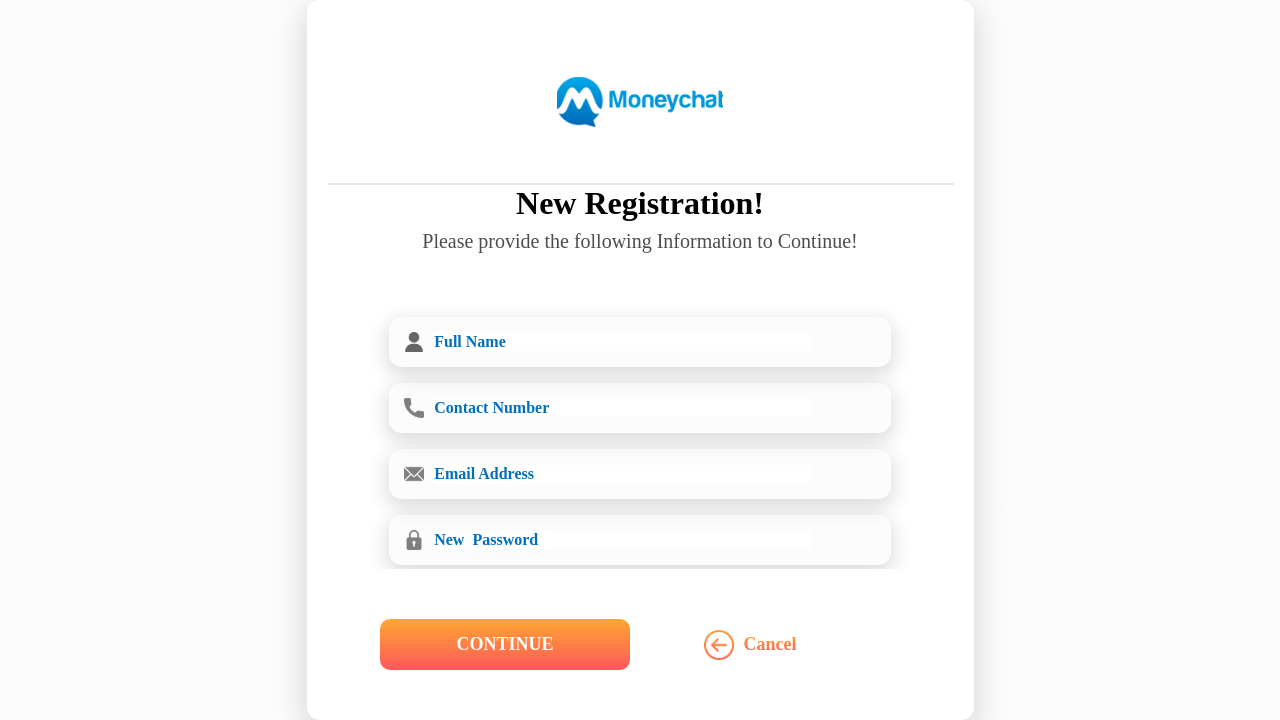
Repository: FlyweisReact/Money-Chat
Page: /register
An editor plug-in stored every save of this project. The page is shown before and after the next save, followed by the edit.
The browser window is 1280 px wide. The pictures show the whole page.
The project was rebuilt for these pictures with package versions that can differ from the ones it lists, and the page was loaded fresh each time. Also part of the build but not shown: src/forms/Login.jsx.

Above is the page before, as saved 2023-11-29 15:07:30.

### src/index.js
import React from "react";
import ReactDOM from "react-dom/client";
import "./index.css";
import App from "./App";
import { BrowserRouter } from "react-router-dom";
import 'bootstrap/dist/css/bootstrap.min.css'
// Commit Changes
const root = ReactDOM.createRoot(document.getElementById("root"));
root.render(
  <React.StrictMode>
    <BrowserRouter>
      <App />
    </BrowserRouter>
  </React.StrictMode>
);

### src/index.css
/** @format */

@tailwind base;
@tailwind components;
@tailwind utilities;

body {
  margin: 0;
  font-family: Quicksand !important;
  -webkit-font-smoothing: antialiased;
  -moz-osx-font-smoothing: grayscale;
}

code {
  font-family: Quicksand !important;
}

html {
  font-family: Quicksand !important;
}

::-webkit-scrollbar {
  width: 10px;
}
.fa-trash {
  color: red;
  cursor: pointer;
}

.iCOn {
  transition: 0.5s;
  box-shadow: none;
  transform: scale(1);
}
.cardDiv {
  cursor: pointer;
  width: 350px;
}
.CardDiv_Container {
  display: flex;
  flex-wrap: wrap;
  justify-content: center;
}

.cardDiv:hover .iCOn {
  box-shadow: rgba(0, 0, 0, 0.35) 0px 5px 15px;
  transform: scale(1.3);
}

/* Track */
::-webkit-scrollbar-track {
  background: #f1f1f1;
}

/* Handle */
::-webkit-scrollbar-thumb {
  background: #888;
}

/* Handle on hover */
::-webkit-scrollbar-thumb:hover {
  background: #555;
}
.profileImage {
  width: 100px;
}
.fa-eye {
  color: #029aff;
  cursor: pointer;
}
.fa-edit {
  cursor: pointer;
  color: blue;
}

.View {
  border: 1px solid black;
  width: 100%;
  padding: 10px;
}

.main-card--container {
  display: grid;
  grid-template-columns: repeat(3, minmax(300px, 500px));
  grid-gap: 50px;
  justify-content: space-around;
}
.card-container {
  margin: 25px 0 auto;
  box-shadow: rgba(0, 0, 0, 0.35) 0px 5px 15px;
  position: relative;
  display: grid;
  grid-template-columns: 1fr;
  justify-content: space-around;
  align-items: flex-start;
}

.myEdit:focus {
  box-shadow: rgba(0, 0, 0, 0.35) 0px 5px 15px;
}

.AstroLogin {
  color: #fff;
  background-color: #2b7a8e;
  padding: 10px;
  width: 380px;
  text-align: center;
  font-size: 20px;
  background: linear-gradient(to left, #2b7a8e 50%, #fff 50%) right;
  background-size: 200%;
  transition: 0.5s ease-out;
  border: 1px solid #2b7a8e;
  margin-top: 10px;
  text-transform: uppercase;
}
.AstroLogin:hover {
  background-position: left;
  color: #2b7a8e;
}

.EcommerceAdminLogin {
  color: #fff;
  background-color: #0c0c0c;
  padding: 10px;
  width: 380px;
  text-align: center;
  font-size: 20px;
  background: linear-gradient(to left, #0c0c0c 50%, #fff 50%) right;
  background-size: 200%;
  transition: 0.5s ease-out;
  border: 2px solid #0c0c0c;
  margin-top: 10px;
  text-transform: uppercase;
}

.EcommerceAdminLogin:hover {
  background-position: left;
  color: #0c0c0c;
  font-weight: bold;
}
.EcommerceVendorLogin {
  color: #fff;
  background-color: #576cbc;
  padding: 10px;
  width: 380px;
  text-align: center;
  font-size: 20px;
  background: linear-gradient(to left, #576cbc 50%, #fff 50%) right;
  background-size: 200%;
  transition: 0.5s ease-out;
  border: 1px solid #576cbc;
  margin-top: 10px;
  text-transform: uppercase;
}

.EcommerceVendorLogin:hover {
  background-position: left;
  color: #576cbc;
}

.view {
  background-color: #2196f3;
  color: #fff;
  width: 50%;
  padding: 5px;
}

.two-sec {
  display: flex;
  justify-content: space-evenly;
  justify-content: space-evenly;
}
.two-sec .left {
  width: 60%;
  background-color: #f6f1ef;
  padding: 20px;
}
.two-sec .left .head {
  font-size: 25px;
  font-weight: bold;
}

.two-sec .right {
  width: 30%;
  background-color: #f6f1ef;
}

.searchDiv {
  width: 100%;
  display: flex;
  gap: 10px;
  border: 1px solid rgb(179, 179, 179);
  padding: 10px;
  margin-bottom: 20px;
  align-items: center;
}
.searchDiv input {
  width: 94%;
  outline: none;
  border: none;
}

.flexCont {
  display: flex;
  align-items: center;
  gap: 10px;
}
.flexCont img {
  width: 60px;
  background-color: #e9ecef;
}

.blockContent {
  display: block;
}
.blockContent p {
  margin: 0;
}

.checkBox {
  width: 50px;
  height: 25px;
  background-color: #e9ecef;
  border-radius: 50px;
  position: relative;
  cursor: pointer;
}
.checkBox span {
  width: 20px;
  height: 20px;
  border-radius: 100%;
  background-color: #fff;
  position: absolute;
  left: 5px;
  top: 2px;
}
.ActivecheckBox {
  width: 50px;
  height: 25px;
  background-color: #0d6efd;
  border-radius: 50px;
  position: relative;
  cursor: pointer;
}
.ActivecheckBox span {
  width: 20px;
  height: 20px;
  border-radius: 100%;
  background-color: #fff;
  position: absolute;
  right: 5px;
  top: 2px;
}

.fa-eye {
  color: #0cba73;
  background-color: #d6f8e8;
  width: 35px;
  text-align: center;
  height: 35px;
  display: flex;
  border-radius: 100%;
  justify-content: center;
  padding-top: 10px;
  transition: 0.5s;
}

.fa-pen-to-square {
  color: #f4c39c;
  background-color: #ffebdb;
  width: 35px;
  text-align: center;
  height: 35px;
  display: flex;
  border-radius: 100%;
  justify-content: center;
  padding-top: 10px;
  cursor: pointer;
  transition: 0.5s;
}
.fa-trash {
  color: #df939f;
  background-color: #ffe1e8;
  width: 35px;
  text-align: center;
  height: 35px;
  display: flex;
  border-radius: 100%;
  justify-content: center;
  padding-top: 10px;
  cursor: pointer;
  transition: 0.5s;
}
.fa-trash:hover {
  transform: scale(1.2);
}
.fa-eye:hover {
  transform: scale(1.2);
}
.fa-pen-to-square:hover {
  transform: scale(1.2);
}
.required {
  color: #e74260;
}

.headP {
  /* font-weight: 600; */
  /* font-size: 25px; */
  color: #7b7c7d;
}
.filterBox {
  display: flex;
  align-items: center;
  gap: 10px;
  border-bottom: 1px solid #d4d7dc;
  padding-bottom: 20px;
  margin-bottom: 20px;
}
.filterBox img {
  width: 30px;
}
.filterBox input {
  width: 100%;
  border: 1px solid #d4d7dc;
  outline: none;
  padding: 5px;
  color: black;
  text-transform: capitalize;
}
.sectionCont {
  /* width: 98%; */
  background-color: #fff;
  /* margin-left: 2%; */
  padding: 20px;
}

.overFlowCont {
  width: 100%;
  overflow-x: auto;
}

.logo {
  width: 100px;
  margin-bottom: 20px;
}

.updateProfile {
  margin-left: 20px;
  border: 1px solid #fff;
  border-radius: 100%;
  font-size: 1.2rem;
  padding: 10px;
  transition: 0.5s;
  cursor: pointer;
}
.updateProfile:hover {
  border: 1px solid #19376d;
  color: #19376d;
  background-color: #fff;
}

.Normalbtn {
  background-color: #19376d !important;
  border: 1px solid #19376d !important;
  border-radius: 0px !important;
}

.ImageCarousel {
  width: 150px !important;
  margin: 0px !important;
  height: 150px !important;
}
.CarouselImages {
  width: 60px;
  height: auto;
}
.CarouselImages img {
  width: 100% !important;
  height: 100% !important;
}

.ModalCarousel {
  width: 100% !important;
  height: 500px !important;
}
.ModalCarousel {
  width: 100% !important;
  height: 500px !important;
}
.ModalCarousel img {
  width: 100% !important;
  height: 500px !important;
}

.gridCont {
  display: grid;
  grid-template-columns: auto auto auto;
  justify-content: space-evenly;
}
.gridCont div {
  width: 400px;
  height: 300px;
  box-shadow: rgba(0, 0, 0, 0.35) 0px 5px 15px;
  padding: 10px;
  position: relative;
  margin-top: 20px;
}
.gridCont div img {
  width: 100%;
}
.delete-Btn {
  width: 90%;
  margin-left: 2%;
  color: #c44b3f;
  border: 1px solid #c44b3f;
  position: absolute;
  bottom: 10px;
  transition: 0.5s;
  padding: 10px;
}

.delete-Btn:hover {
  background-color: #c44b3f;
  color: #fff;
}

.BannerCarousel {
  width: 300px;
  margin: 0px !important;
}
.BannerCarouselImage {
  width: 300px;
}
.BannerCarouselImage img {
  width: 100%;
}

.pagination {
  display: flex;
  justify-content: center;
  align-items: center;
  gap: 10px;
  margin-bottom: 20px;
}
.pagination button {
  border: 1px solid black;
  padding: 10px;
}

.activePage {
  background-color: #19376d;
  color: #fff;
  border: 1px solid #19376d !important;
}

.active {
  background-color: #fff;
  color: #19376d !important;
}
.prevBtn {
  background-color: #fff;
  color: #19376d;
  border: 1px solid #19376d !important;
  transition: 0.5s;
}

.prevBtn:hover,
.prevBtn:focus,
.prevBtn:active {
  background-color: #19376d;
  color: #fff;
  border: 1px solid #19376d !important;
}
.nextBtn {
  background-color: #fff;
  color: #19376d;
  border: 1px solid #19376d !important;
  transition: 0.5s;
}

.nextBtn:hover,
.nextBtn:focus,
.nextBtn:active {
  background-color: #19376d;
  color: #fff;
  border: 1px solid #19376d !important;
}

.dangerBox {
  position: relative;
}
.dangerBox i {
  position: absolute;
  top: 50%;
  left: 90%;
  transform: translate(-50%, -50%);
  cursor: pointer;
}

.centerImage {
  max-width: 300px;
}
.img-cont {
  display: flex;
  gap: 40px;
  /* justify-content: center; */
  align-items: center;
}

/* ============== user data styling =========*/

.ud2 {
  display: flex;
  justify-content: space-between;
  margin-top: 20px;
}
.ud3 {
  width: 49%;
}
.ud4 {
  width: 49%;
}

.ud4 button {
  background: #c44b3f;
  width: 50%;
  height: 40px;
  border-radius: 4px;
  border: none;
  color: #fff;
}

/* ============ single order styling ================*/

#pdfGen {
  margin: 20px;
}
#pdfGen .Heading-Container {
  display: flex;
  align-items: center;
}
#pdfGen .Heading-Container img {
  width: 100px;
}
#pdfGen .Heading-Container .content {
  width: 80%;
  text-align: center;
}
#pdfGen .Heading-Container .content h2 {
  margin: 0;
  font-weight: bold;
  font-size: 25px;
}
#pdfGen .Heading-Container .content p {
  margin: 0;
  font-size: 14px;
  font-weight: 600;
  color: #a8a1a1;
}

.two-cont {
  display: flex;
  justify-content: space-between;
  padding-top: 10px;
  gap: 20px;
}
.two-cont p {
  margin: 0;
}
.two-cont .left {
  width: 40%;
}
.two-cont .left h6 {
  font-size: 14px;
  font-weight: bold;
}
.two-cont .left .box {
  border: 2px solid black;
  width: 100%;
  padding: 8px;
}
.two-cont .left .box p {
  font-size: 15px;
}
.two-cont .left .box .strong {
  font-weight: bold;
}
.two-cont .left .box p {
  font-weight: 600;
}
.two-cont .right {
  width: 60%;
  border: 2px solid black;
  padding: 10px;
}
.two-cont .right table {
  width: 100%;
  table-layout: fixed;
}
.two-cont .right td {
  font-weight: 900 !important;
  padding: 5px;
}
.bordererd {
  border-right: 2px solid black;
}
#pdfGen .empty {
  background-color: #000;
  height: 2px;
  margin-top: 20px;
}

#pdfGen {
  min-height: 100vh;
  display: flex;
  justify-content: space-between;
  flex-direction: column;
}

#pdfGen .Table {
  width: 100%;
  margin-top: 20px;
}
#pdfGen .Table tbody tr {
  border: 1px solid black;
}
#pdfGen .Table tbody tr td {
  padding: 5px;
  padding-bottom: 10px;
}

#pdfGen .Main_Table {
  display: flex;
  justify-content: flex-end;
  align-items: center;
  padding-top: 10px;
  gap: 50px;
  align-items: center;
}
#pdfGen .Main_Table p {
  font-weight: 900;
}

#pdfGen .below_Div .four-sec {
  display: flex;
  justify-content: space-evenly;
  border-top: 2px solid black;
  border-bottom: 2px solid black;
  padding: 4px;
}
#pdfGen .below_Div .four-sec p {
  margin: 0;
  font-size: 13px;
  text-align: center;
}
#pdfGen .below_Div .four-sec .stronger {
  font-weight: bold;
}

#pdfGen .below_Div .big_Head {
  font-size: 25px;
  background-color: #85827b;
  text-align: center;
  font-weight: bold;
  color: #fff;
  padding: 0;
  margin: 0;
  padding-bottom: 10px;
}
#pdfGen .below_Div .text-cont p {
  margin: 0;
  font-weight: 700;
  font-size: 14px;
  color: #85827b;
}
#pdfGen .below_Div .text-cont {
  text-align: center;
}
#pdfGen .below_Div .text-cont h5 {
  margin: 0;
  font-weight: 900;
}

.so2 {
  width: 100%;
}

.so4 {
  display: flex;
  justify-content: space-between;
}
.so4 p {
  margin: 0;
}

.searchByDate {
  display: flex;
  align-items: center;
  gap: 10px;
  border-bottom: 1px solid #d4d7dc;
  padding-bottom: 20px;
  margin-bottom: 20px;
  flex-wrap: wrap;
  justify-content: space-between;
}
.searchByDate div {
  width: 45%;
  display: flex;
  gap: 20px;
  align-items: center;
}
.searchByDate input {
  border: 1px solid #d4d7dc;
  width: 80%;
  padding: 10px;
  outline: none;
}

.so5 {
  margin-top: 20px;
  width: 98;
  margin-left: 1%;
}

.so5 table {
  width: 100%;
}
.so5 table th,
td {
  font-size: 13px;
  font-weight: 600;
}
.so6 {
  margin-top: 40px;
  margin-left: 65%;
  width: 30%;
}

.so7 {
  display: flex;
  justify-content: space-between;
  width: 80%;
}
.so7 p {
  margin: 0;
}

.downloadBtn {
  background: #0cba73;
  height: 40px;
  color: #fff;
  border-radius: 4px;
  padding: 10px;
}

.Info_Box p {
  margin: 0;
}
.Info_Box .title {
  margin-bottom: 5px;
  font-size: 20px;
  font-weight: 700;
}
.Info_Box .desc {
  border: 1px solid #ced4da;
  padding: 10px;
  border-radius: 5px;
}

.Desc-Container p.title {
  margin-bottom: 0.5rem;
}
.Desc-Container p.desc {
  display: block;
  width: 100%;
  padding: 0.375rem 0.75rem;
  font-size: 1rem;
  font-weight: 400;
  line-height: 1.5;
  color: #212529;
  border: 1px solid #ced4da;
  border-radius: 0.375rem;
  background-color: #e9ecef;
  overflow-wrap: anywhere;
}

.Schedule_Enquiry_Modal {
  background-color: rgb(10, 72, 173);
  color: #fff;
}
.Schedule_Enquiry_Modal .close_btn {
  display: flex;
  justify-content: space-between;
  align-items: center;
}
.Schedule_Enquiry_Modal .close_btn h4 {
  margin: 0;
}
.Schedule_Enquiry_Modal .close_btn i {
  font-size: 20px;
  cursor: pointer;
}

.searchByDate select {
  border: 1px solid #d4d7dc;
  padding: 10px;
  outline: none;
}

/*Chat  */
.chat {
  display: flex;
  gap: 40px;
  align-items: flex-start;
}
.chat .sidebar {
  flex: 0 0 30%;
  max-width: 30%;
  border: 1px solid #ddd;
}
.chat .menu-list .container {
  display: flex;
  gap: 10px;
  align-items: center;
  cursor: pointer;
  border-top: 1px solid #ddd;
  height: 72px;
}
.chat .menu-list .container:hover {
  background-color: #f0f2f5;
}
.chat .menu-list .container.active {
  background-color: #f0f2f5;
}
.chat .menu-list .container:first-child {
  border: none;
}
.chat .menu-list .container img {
  width: 49px;
  height: 49px;
  border-radius: 100%;
  vertical-align: middle;
}
.chat .menu-list .container p {
  font-size: 20px;
  font-weight: 700;
  margin: 0;
  padding-right: 15px;
}

.chat .content {
  flex: 70%;
  max-width: 70%;
}
.chat .chat-box {
  border: 1px solid #ddd;
  padding: 20px;
}
.chat .chat-box .ttt {
  max-height: 500px;
  overflow-y: scroll;
  padding: 20px;
}
.chat .chat-box .img-container {
  display: flex;
  gap: 10px;
  align-items: center;
  cursor: pointer;
  margin-top: 10px;
}
.chat .chat-box .img-container img {
  width: 30px;
  height: 30px;
  border-radius: 100%;
  vertical-align: middle;
}
.chat .chat-box .img-container span {
  font-size: 12px;
  font-weight: 700;
  margin: 0;
}
.chat .chat-box .img-container span .date {
  margin-left: 10px;
}

.chat .chat-box .text {
  font-size: 16px;
  margin: 0;
  padding-top: 10px;
  width: 100%;
}

.chat .chat-box .right {
  display: flex;
  flex-direction: column;
  gap: 5px;
  text-align: right;
}
.chat .chat-box .right .img-container {
  flex-direction: row-reverse;
}

.chat .chat-box .send_button {
  display: flex;
  gap: 20px;
  align-items: center;
  margin-top: 20px;
}

.chat .chat-box .send_button button {
  width: 150px;
  background-color: #1a949f;
  padding: 10px;
  color: #fff;
}
.chat .chat-box .send_button input {
  width: 100%;
  outline: none;
  border: 1px solid #000;
  padding: 10px;
  border-radius: 5px;
}

/* New Code */
.Login_screen {
  background: linear-gradient(
      0deg,
      rgba(238, 238, 238, 0.2) 0%,
      rgba(238, 238, 238, 0.2) 100%
    ),
    #fff;
  display: flex;
  flex-direction: column;
  justify-content: center;
  align-items: center;
  width: 100%;
  height: 100vh;
}
.Login_screen .Login_Container {
  max-width: 667px;
  max-height: 785px;
  width: 100%;
  height: 100%;
  border-radius: 13px;
  background: #fff;
  box-shadow: 0px 10px 30px 3px rgba(0, 0, 0, 0.15);
  padding: 20px;
  padding-bottom: 50px;
  display: flex;
  flex-direction: column;
  justify-content: center;
}
.Login_screen .Login_Container .logo {
  display: block;
  margin: auto;
  width: 166px;
}
.Login_screen .Login_Container .description h6 {
  color: #000;
  text-align: center;
  font-size: 32px;
  font-style: normal;
  font-weight: 700;
  line-height: normal;
}

.Login_screen .Login_Container .description p {
  color: rgba(0, 0, 0, 0.7);
  text-align: center;
  font-size: 20px;
  font-style: normal;
  font-weight: 400;
  line-height: normal;
}

.Login_Container .input_container {
  margin-bottom: 50px;
  max-height: 300px;
  overflow-y: scroll;
}
.Login_Container .input_group {
  display: flex;
  gap: 10px;
  align-items: center;
  border-radius: 13px;
  background: rgba(238, 238, 238, 0.2);
  box-shadow: 0px 6px 20px 2px rgba(0, 0, 0, 0.15);
  padding: 15px;
  width: 80%;
  margin: auto;
}
.Login_Container .input_group img {
  width: 20px;
}
.Login_Container .input_group input {
  outline: none;
  border: none;
  color: #0070bc;
  font-size: 16px;
  font-style: normal;
  font-weight: 500;
  line-height: normal;
  font-weight: 600;
  width: 80%;
}
.Login_Container .input_group input::placeholder {
  color: #0070bc;
  font-weight: 600;
}

.Login_Container .login_btn {
  max-width: 250px;
  width: 100%;
  display: block;
  margin: auto;
  margin-top: 40px;
  color: #fff;
  text-align: center;
  font-size: 18px;
  font-style: normal;
  font-weight: 600;
  line-height: normal;
  border-radius: 10px;
  background: linear-gradient(180deg, #fea82f 0%, #fd575b 100%);
  padding: 15px;
}

.Login_Container .create_new {
  display: flex;
  justify-content: center;
  gap: 20px;
  align-items: center;
  margin-top: 50px;
}

.Login_Container .create_new .item {
  display: flex;
  gap: 10px;
  align-items: center;
  width: 300px;
  justify-content: center;
}
.Login_Container .create_new .item img {
  width: 20px;
}
.Login_Container .create_new .item span {
  color: rgba(0, 0, 0, 0.7);
  text-align: center;
  font-size: 16px;
  font-style: normal;
  font-weight: 600;
  line-height: normal;
}

.Login_Container .create_new .item:first-child {
  border-right: 2px solid #000;
  padding-right: 10px;
}

.Login_Container a {
  text-decoration: none;
}

.Login_Container .button_container {
  display: flex;
  justify-content: space-between;
  align-items: center;
  gap: 20px;
}
.Login_Container .button_container button {
  max-width: 250px;
  width: 100%;
  display: block;
  margin: auto;
  color: #fff;
  text-align: center;
  font-size: 18px;
  font-style: normal;
  font-weight: 600;
  line-height: normal;
  border-radius: 10px;
  background: linear-gradient(180deg, #fea82f 0%, #fd575b 100%);
  padding: 15px;
}

.Login_Container .button_container .cancel {
  max-width: 250px;
  width: 100%;
  display: flex;
  gap: 10px;
  align-items: center;
}
.Login_Container .button_container .cancel a {
  font-size: 18px;
  font-style: normal;
  font-weight: 700;
  line-height: normal;
  text-decoration-line: underline;
  background: linear-gradient(180deg, #fea82f 0%, #fd575b 100%);
  background-clip: text;
  -webkit-background-clip: text;
  -webkit-text-fill-color: transparent;
}
.Login_Container .button_container .cancel img {
  width: 30px;
}

.Login_Container .progress_bar{
  border-radius: 10px;
background: rgba(196, 196, 196, 0.40);
width: 100%;
height: 2px;
}

### src/App.js
/** @format */

import { Routes, Route } from "react-router-dom";
import { ToastContainer } from "react-toastify";
import "react-toastify/dist/ReactToastify.css";
import Login from "./forms/Login";
import Regestration from "./forms/Regestration";

function App() {
  return (
    <>
      <ToastContainer
        autoClose={5000}
        hideProgressBar={false}
        newestOnTop={false}
        closeOnClick
        rtl={false}
        pauseOnFocusLoss
        draggable
        pauseOnHover
      />

      <Routes>
        <Route path="/" element={<Login />} />
        <Route path="/register" element={<Regestration />} />
      </Routes>
    </>
  );
}

export default App;

### src/forms/Regestration.js
/** @format */

import { Link } from "react-router-dom";
import logo from "../Images/logo.png";

const Regestration = () => {
  return (
    <div className="Login_screen">
      <form className="Login_Container ">
        <img src={logo} alt="" className="logo" />

        <div className="progress_bar">


        </div>

        <div className="description">
          <h6>New Registration! </h6>
          <p>Please provide the following Information to Continue!</p>
        </div>

        <div className="input_container">
          <div className="input_group mt-5">
            <img src="./Image/1.png" alt="" />
            <input type="text" placeholder="Full Name" />
          </div>
          <div className="input_group mt-3">
            <img src="./Image/5.png" alt="" />
            <input type="text" placeholder="Contact Number" />
          </div>
          <div className="input_group mt-3">
            <img src="./Image/6.png" alt="" />
            <input type="text" placeholder="Email Address" />
          </div>
          <div className="input_group mt-3">
            <img src="./Image/7.png" alt="" />
            <input type="text" placeholder="New  Password" />
          </div>
          <div className="input_group mt-3">
            <img src="./Image/8.png" alt="" />
            <input type="text" placeholder="Re - Enter Password" />
          </div>
        </div>

        <div className="button_container">
          <button>CONTINUE</button>
          <div className="cancel">
            <img src="./Image/9.png" alt="" />
            <Link to="/">Cancel</Link>
          </div>
        </div>
      </form>
    </div>
  );
};

export default Regestration;

Loaded but not shown: tailwind.config.js (common file)

After the next save:
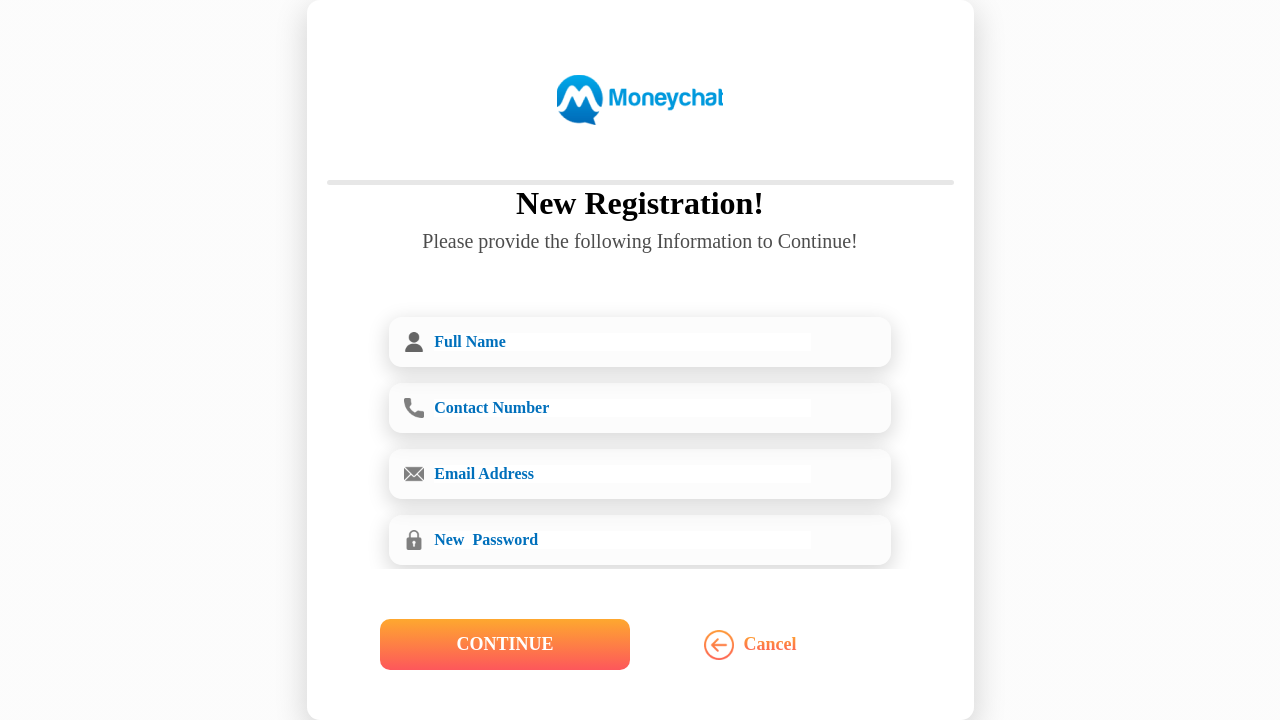
Saved 4 s later.
--- a/src/index.css
+++ b/src/index.css
@@ -1106,9 +1106,9 @@
   width: 30px;
 }
 
-.Login_Container .progress_bar{
+.Login_Container .progress_bar {
   border-radius: 10px;
-background: rgba(196, 196, 196, 0.40);
-width: 100%;
-height: 2px;
-}
+  background: rgba(196, 196, 196, 0.4);
+  width: 100%;
+  height: 5px;
+}
